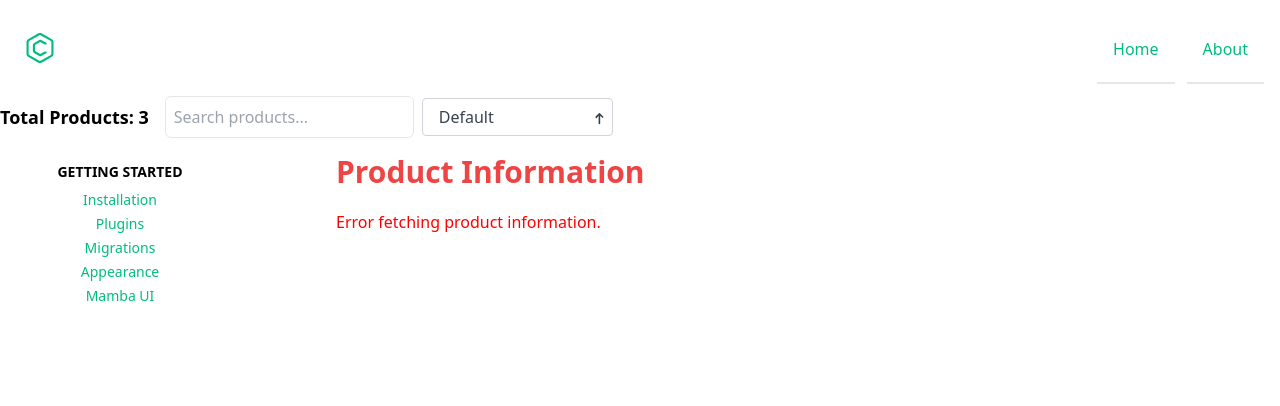
Repository: loktioncode/vectra-shop
Page: /
An editor plug-in stored every save of this project. The page is shown before and after the next save, followed by the edit.
The browser window is 1280 px wide. The pictures show the whole page.
The page's requests for data from a server got no answer. The project was rebuilt for these pictures with package versions that can differ from the ones it lists, and the page was loaded fresh each time. No one was signed in, and anything a server would have sent is missing. Also part of the build but not shown: vite.config.ts, src/components/ProductCard.vue. Imported but missing from the stored project, and not drawn on this page: src/components/Counter.vue.

Above is the page before, as saved 2023-09-20 16:02:23.

After the next save:
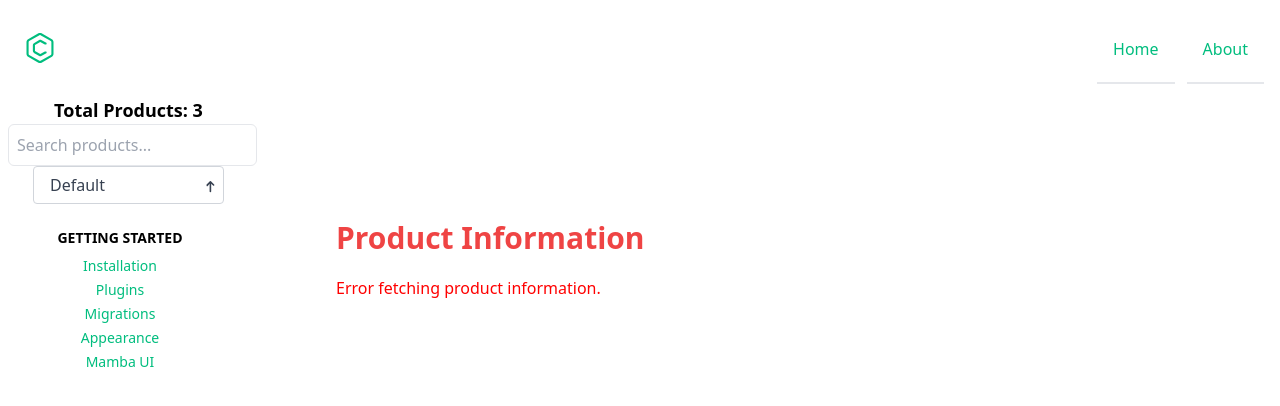
Saved 29 s later.
--- a/src/components/Filters.vue
+++ b/src/components/Filters.vue
@@ -1,5 +1,5 @@
 <template>
-    <div class="flex flex-col md:flex-row items-center space-y-2 md:space-y-0 md:space-x-2 w-full">
+    <div class="">
       <!-- Product Count Display -->
       <div class="text-lg font-semibold mb-2 md:mb-0">
         Total Products: {{ filteredProducts.length }}
